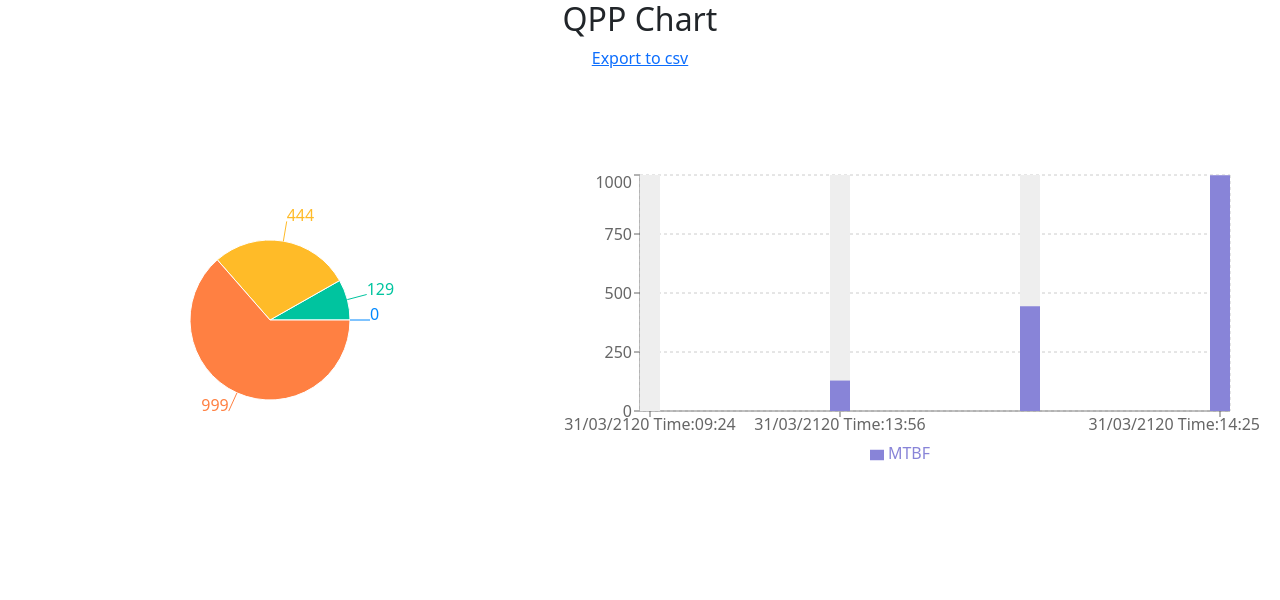
Repository: exiled-kal/ReactChartPrac
Page: /
The author's editor kept a copy of each file at every save. The page is drawn from the files as they stood at one save, then again after the next save.
The browser window is 1280 px wide. The pictures show the whole page.
The project was rebuilt for these pictures with package versions that can differ from the ones it lists, and the page was loaded fresh each time.

Above is the page before, as saved 2021-04-18 15:45:34.

After the next save:
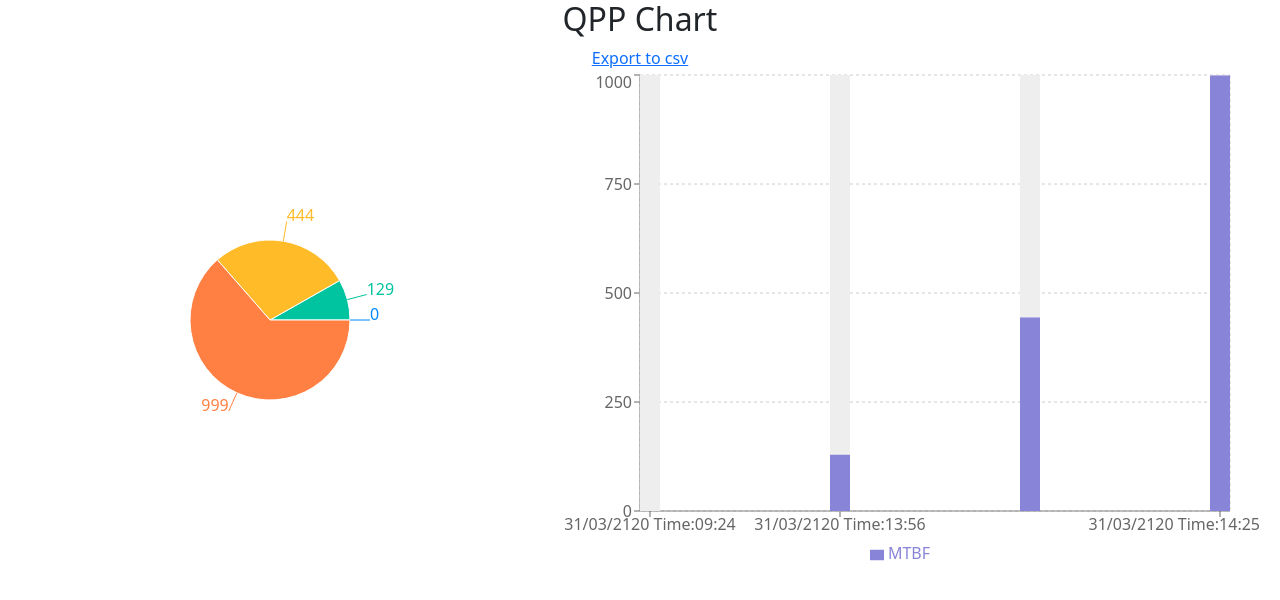
Saved 4 s later.
--- a/src/App.js
+++ b/src/App.js
@@ -126,7 +126,7 @@ function App() {
         </PieChart>
         <BarChart
           width={700}
-          height={300}
+          height={500}
           data={data}
           margin={{
             top: 5,
